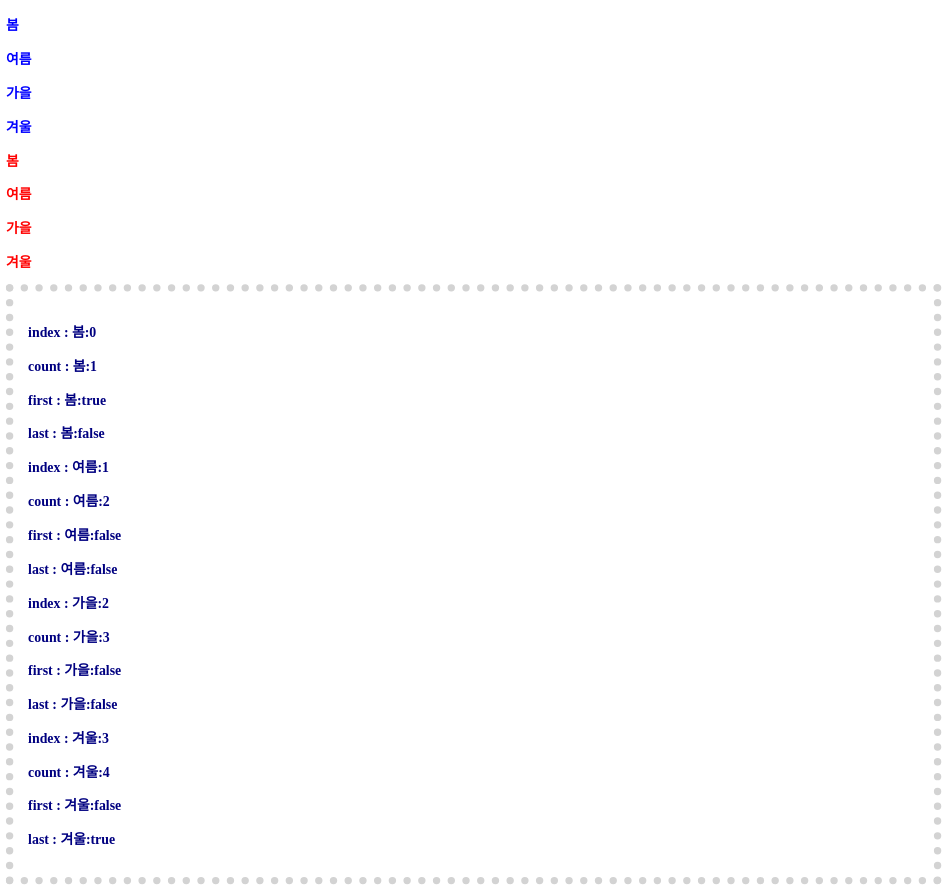
Repository: UnibusK/Java-Study
Page: http://localhost/JSP31/
These files come from the project's save history. The page is drawn as it stood at one moment and after a run of saves; the edit follows.
The browser window is 1280 px wide. The pictures show the whole page, at 74% of full size.
The page is served by Tomcat 9.

Above is the page before, as saved 2023-12-07 06:18:13.

### JSP/JSP31/src/main/webapp/index.jsp
<%@ page language="java" contentType="text/html; charset=UTF-8"
    pageEncoding="UTF-8"%>
<%@ taglib uri="http://java.sun.com/jsp/jstl/core" prefix="c" %>
<!DOCTYPE html>
<html>
	<head>
		<meta charset="UTF-8">
		<title>JSTL 반복문(for문)</title>
	</head>
	<body>
		<%
			String[] season={"봄", "여름", "가을", "겨울"};
			//일반 for문 방식
			for(int i=0; i<season.length; i++){
				out.print("<h3 style='color:blue';>"+season[i]+"</h3>");
			}

			//향상된 for문(improved for)
			for(String str:season){
				%><h3 style='color:red;'><%=str %></h3><%
			}
			pageContext.setAttribute("arr",season);
		%>
		<!-- varStatus : JSTL forEach가 가동되는 동안 var 변수의 상태를 저장해둔 객체 -->
		<!-- varStatue.index : 0번부터 length-1까지 존재하는 고유 번호 배열번호-->
		<!-- varStatue.count : 반복 횟수를 알려주는 필드, 1부터 시작 -->
		<!-- varStatue.first : 최초의 데이터 인지를 판별, 값은 boolean을 가지고 있음 -->
		<!-- varStatue.last : 최후의 데이터 인지를 판별, 값은 boolean을 갖고 있음 -->
		<c:forEach var="str" items="${arr }" varStatus="iter">
			<c:if test="${iter.first }">
				<div style="border:10px dotted lightgray; padding:20px;">
			</c:if>
			<!-- index -->
			<h3 style='color:navy;'>index : ${str }:${iter.index }</h3>
			<!-- count -->
			<h3 style='color:navy;'>count : ${str }:${iter.count }</h3>
			<!-- first -->
			<h3 style='color:navy;'>first : ${str }:${iter.first }</h3>
			<!-- last -->
			<h3 style='color:navy;'>last : ${str }:${iter.last }</h3>
			<c:if test="${iter.last }">
				</div>
			</c:if>
		</c:forEach>
	</body>
</html>

After the next 2 saves:
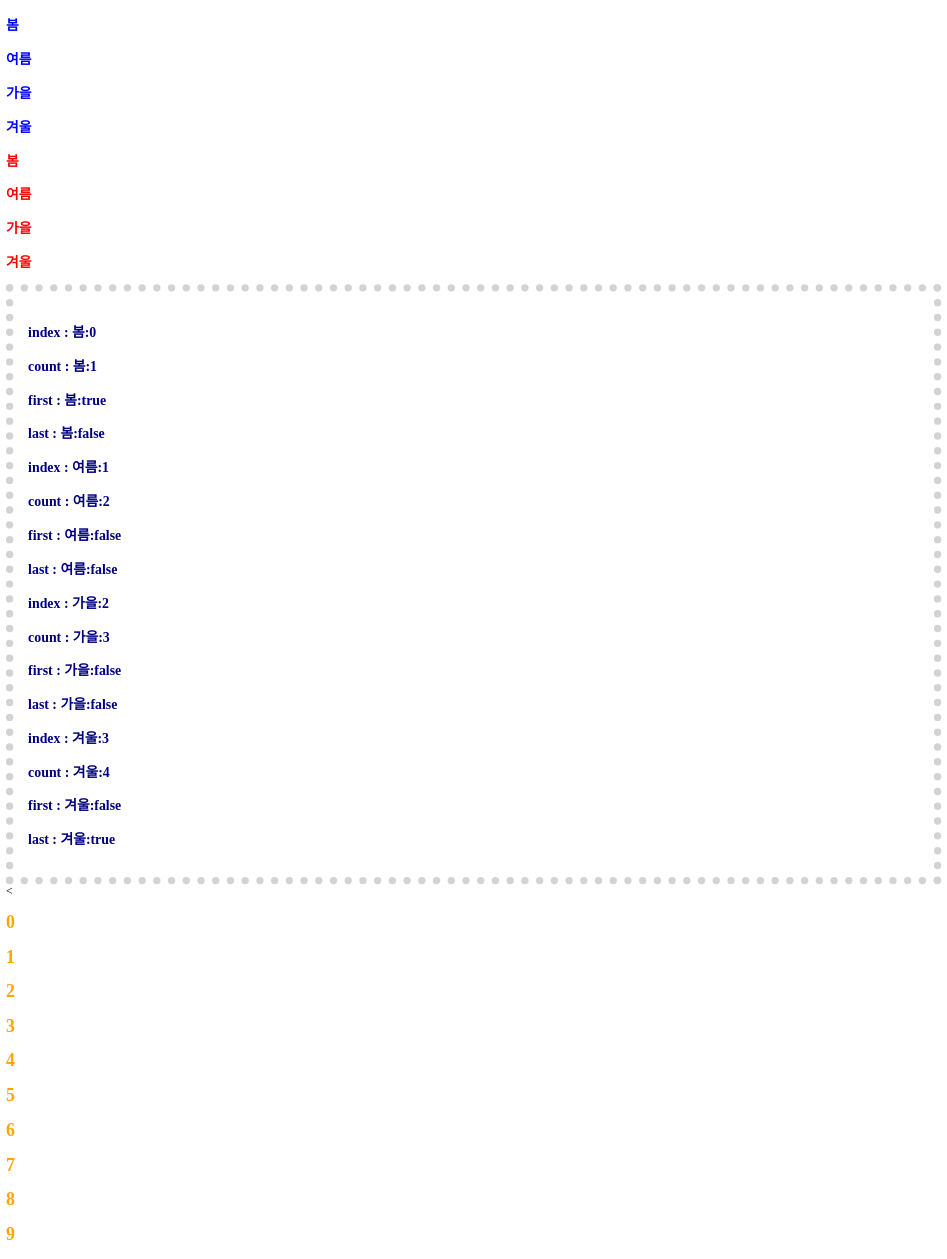
The 2 saves are shown as one change because 1 did not build or start.
The last was saved 2 min 8 s later.
--- a/JSP/JSP31/src/main/webapp/index.jsp
+++ b/JSP/JSP31/src/main/webapp/index.jsp
@@ -42,5 +42,11 @@
 				</div>
 			</c:if>
 		</c:forEach>
+
+		<<%
+			for(int i=0; i<10; i++){
+				out.print("<H2 style='color:orange'>"+i+"</h2>");
+			}
+		%>
 	</body>
 </html>
